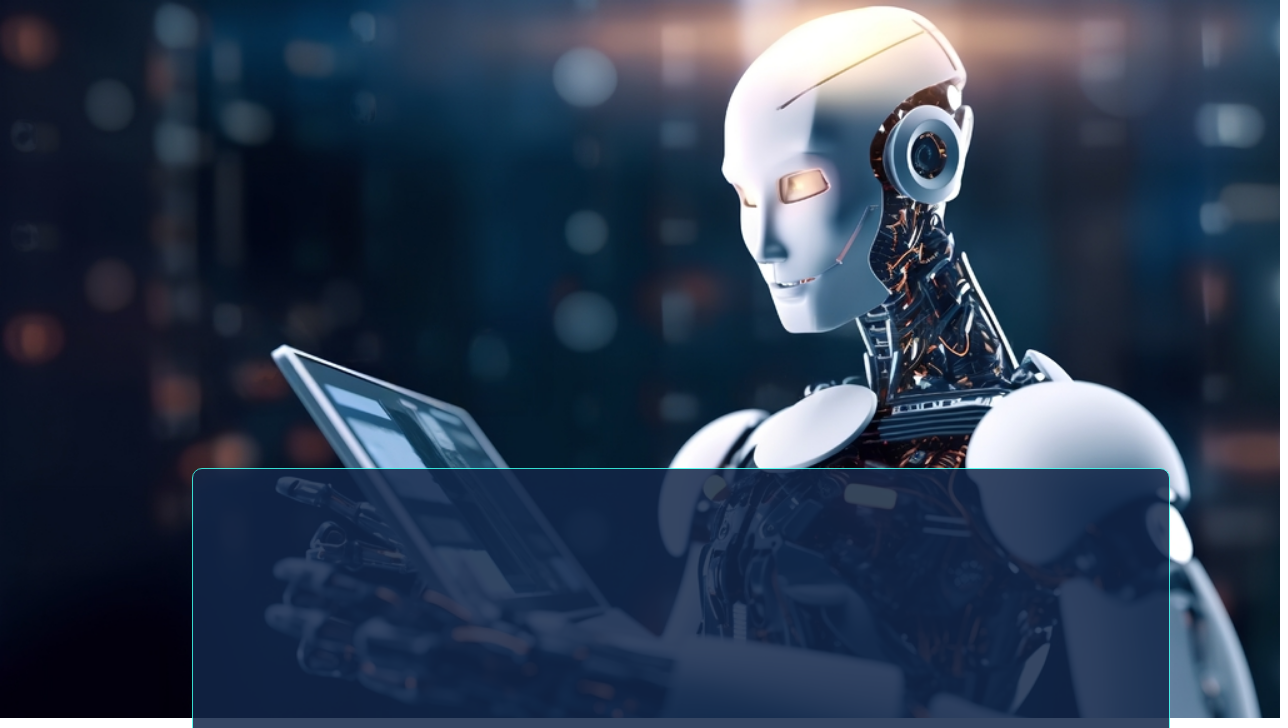
Repository: chjyume/zhongyi
Page: index3.html
An editor plug-in stored every save of this project. The page is shown before and after the next save, followed by the edit.
The browser window is 1280 px wide. The page is 1288 px wide, so the pictures cover 1288 px, including what lies to the right of the window. The pictures show the whole page.

Above is the page before, as saved 2023-06-28 10:42:10.

After the next save:
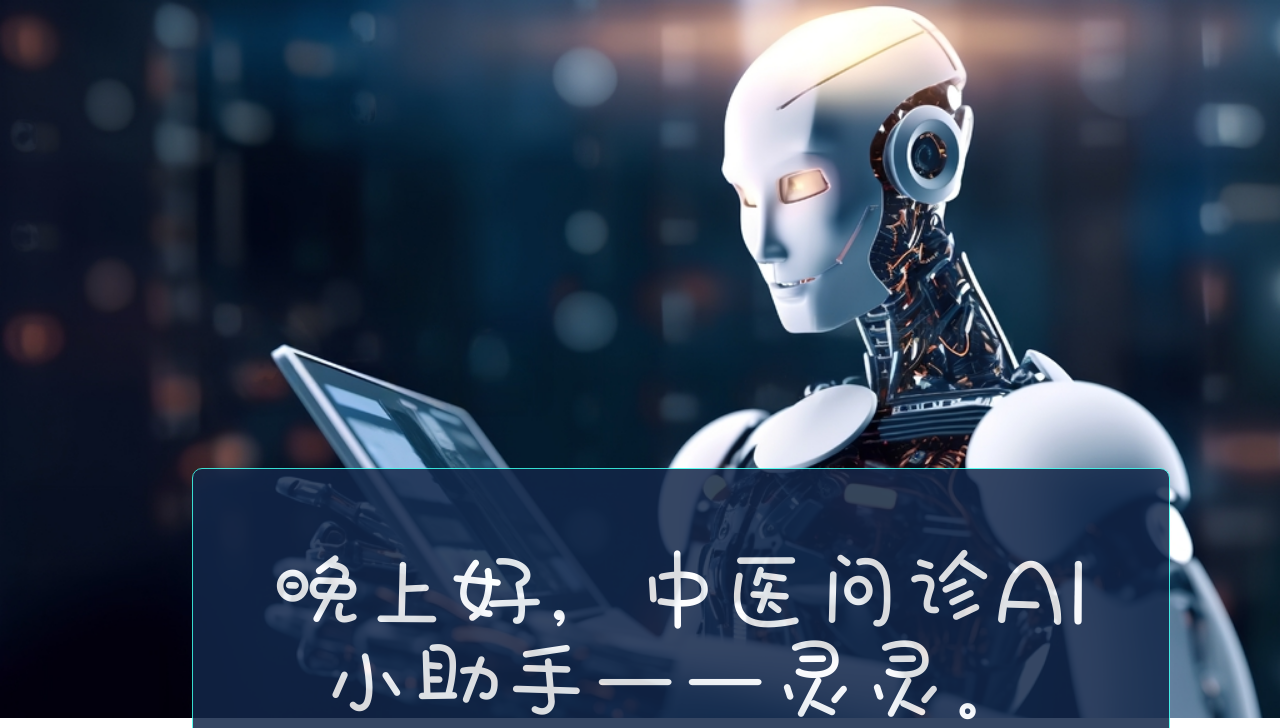
Saved 23 s later.
--- a/css/index3.css
+++ b/css/index3.css
@@ -1,6 +1,6 @@
 #textDiv {
     position: fixed;
-    padding: calc(50%) 40px;
+    padding: 80px 40px;
     font-family:HYLeMiaoTi;
     font-size: 90px;
     line-height: calc(100%);
